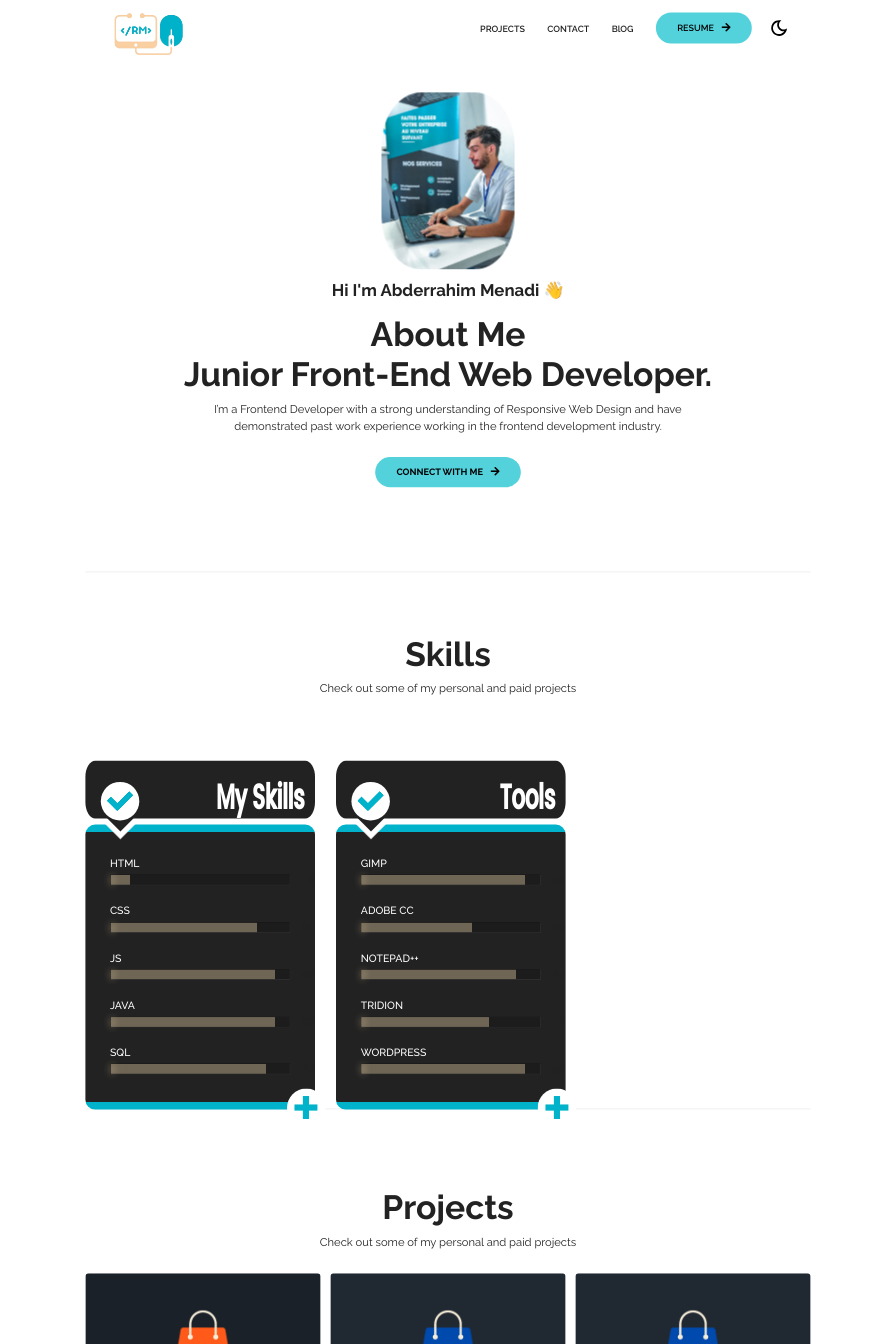
Repository: rahimmenadi/My-Website
Page: index.html
The author's editor kept a copy of each file at every save. The page is drawn from the files as they stood at one save, then again after a run of saves.
The browser window is 1280 px wide. The pictures show the part of the page from y = 0 to 1920 px (the page is 2750 px tall), at 70% of full size.

Above is the page before, as saved 2023-06-22 02:38:18.

After the next 2 saves:
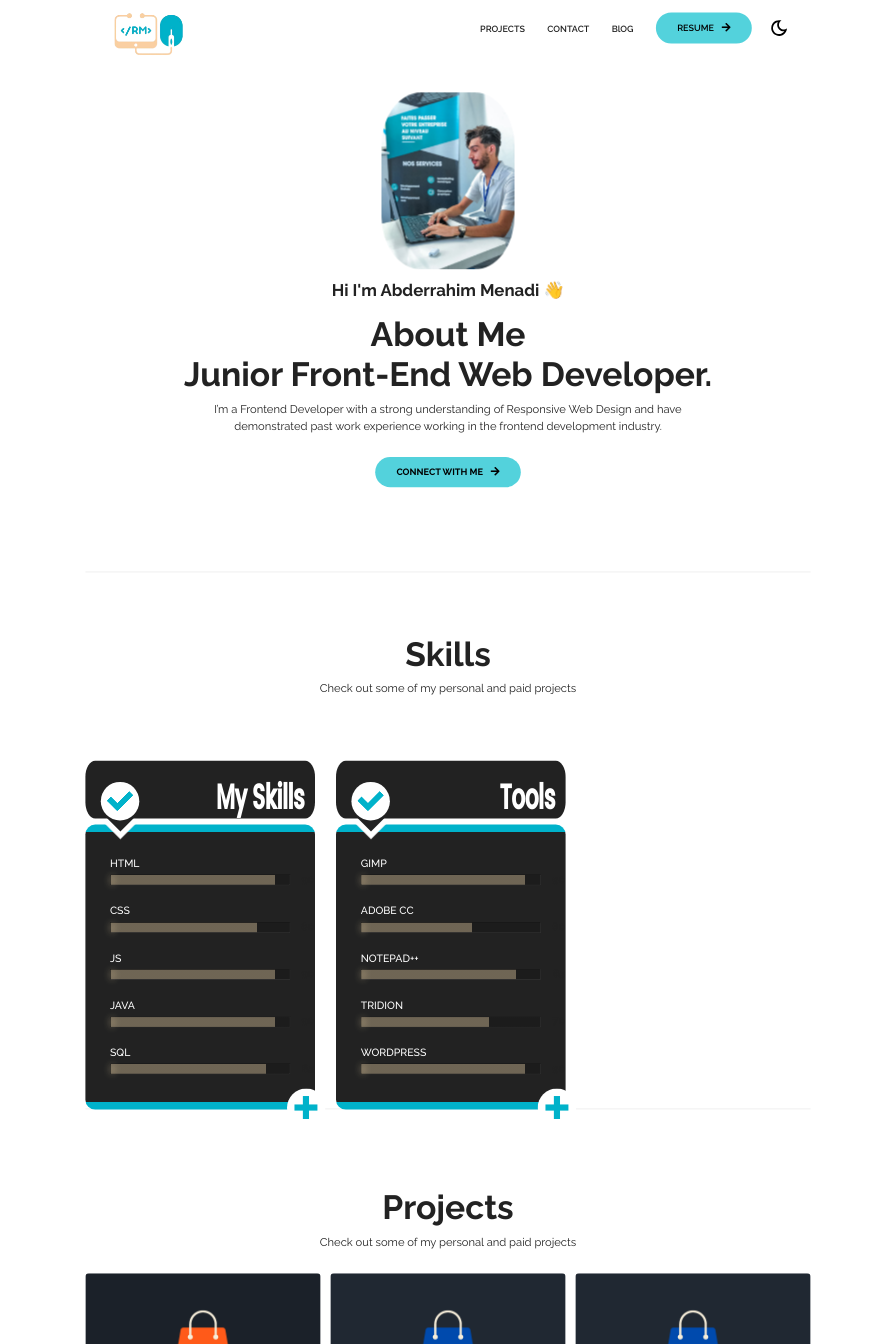
The 2 saves are shown as one change because they came seconds apart.
The last was saved 5 s later.
--- a/css/skills.css
+++ b/css/skills.css
@@ -300,7 +300,7 @@ ul.skills3 li:hover span:after {
 /*********************/
 
 ul.skills li.sk-ani { --per: 85; }
-ul.skills li.sk-cms { --per: 9; }
+ul.skills li.sk-cms { --per: 90; }
 ul.skills li.sk-dis { --per: 90; }
 ul.skills li.sk-dtb { --per: 80; }
 ul.skills li.sk-pro { --per:90; }
